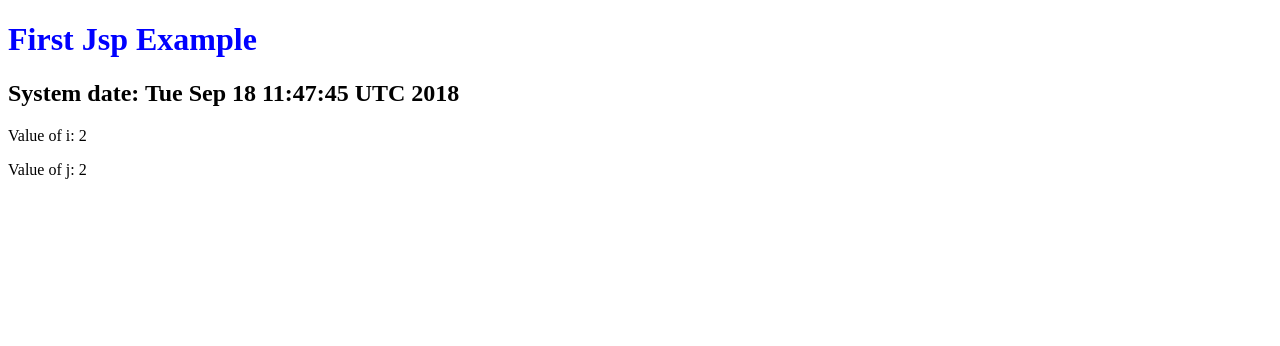
Repository: nikant20/Training
Page: http://localhost/javaee-jsp-demo/index.jsp
An editor plug-in stored every save of this project. The page is shown before and after a run of saves, followed by the edit.
The browser window is 1280 px wide. The pictures show the whole page.
The page is served by Tomcat 9. Other server files are loaded and not shown.

Above is the page before, as saved 2018-09-20 07:06:45.

### javaee-jsp-demo/WebContent/index.jsp
<%@page import="java.util.Date"%>
<%@ page language="java" contentType="text/html; charset=ISO-8859-1"
    pageEncoding="ISO-8859-1"%>
<!DOCTYPE html>
<html>
<head>
<meta charset="ISO-8859-1">
<title>Jsp Demo</title>
</head>
<body>
	<h1 style="color:blue" >First Jsp Example</h1>

	<%!
		int i = 1;
	%>
	<%
		int j = 1;
	    i++;
	    j++;
	    Date date = new Date();
	%>
	<h2>System date: <%=date%></h2>
	<p>Value of i: <%=i %></p>
	<p>Value of j: <%=j %></p>

</body>
</html>

### javaee-jsp-demo/WebContent/abc.txt
<h2>This is a reusable heading2</h2>
<h3>This is a reusable heading3</h3>
<h4>This is a reusable heading4</h4>

After the next 2 saves:
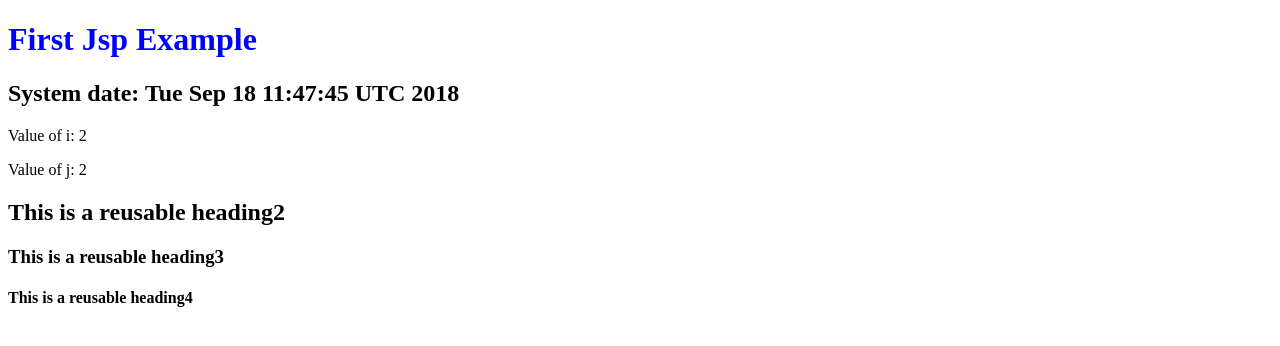
The 2 saves are shown as one change because 1 did not build or start.
The last was saved 11 min 42 s later.
--- a/javaee-jsp-demo/WebContent/index.jsp
+++ b/javaee-jsp-demo/WebContent/index.jsp
@@ -19,9 +19,13 @@
 	    j++;
 	    Date date = new Date();
 	%>
+	<%
+		int k = 1;
+	%>
+
 	<h2>System date: <%=date%></h2>
 	<p>Value of i: <%=i %></p>
 	<p>Value of j: <%=j %></p>
-
+	<%@include file = "abc.txt" %>
 </body>
 </html>
